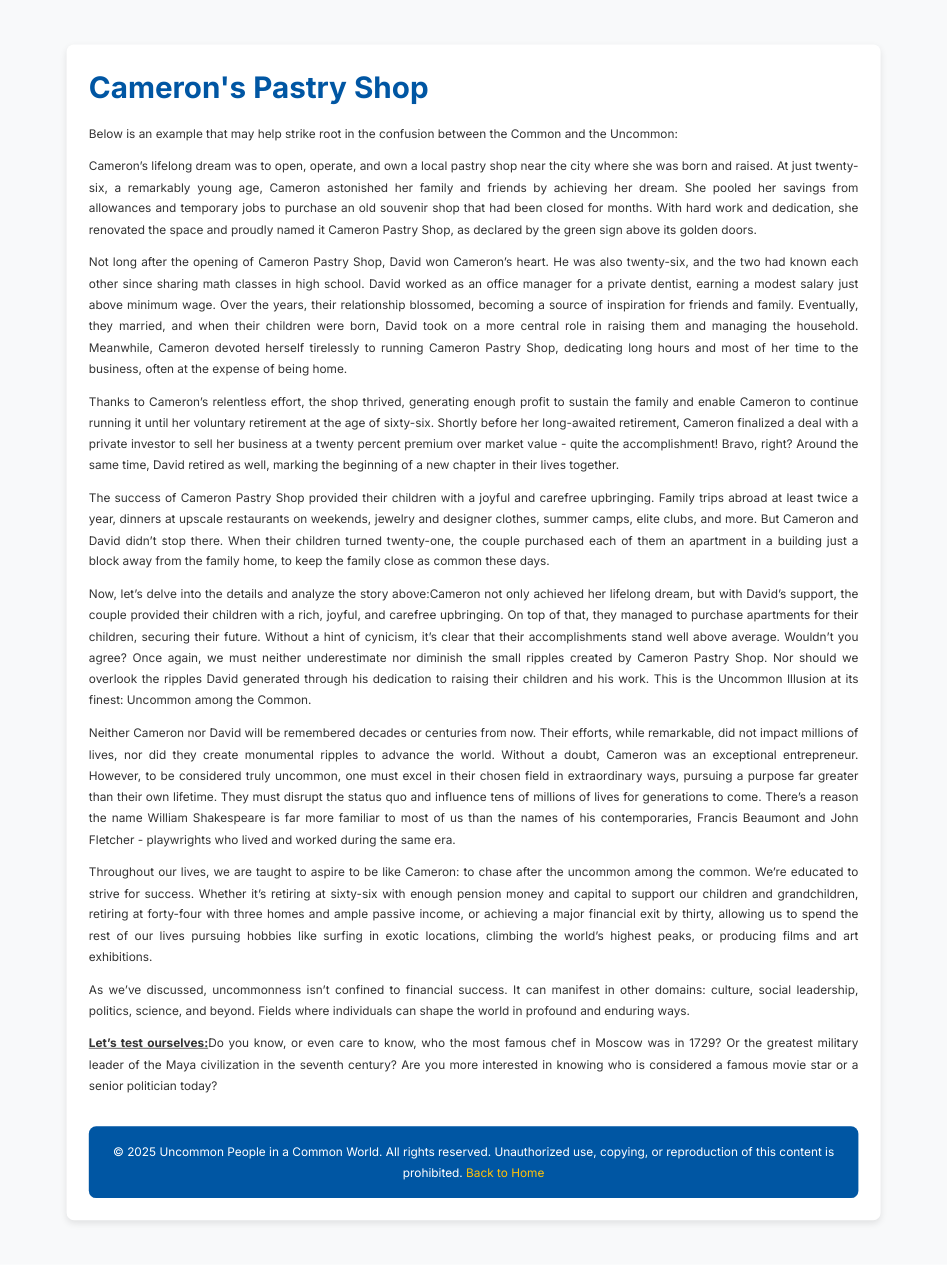
Repository: AvivGranot/Uncommon-Website
Page: post3.html
These files come from the project's save history. The page is drawn as it stood at one moment and after the next save; the edit follows.
The browser window is 1280 px wide. The pictures show the whole page, at 74% of full size.

Above is the page before, as saved 2025-01-09 09:42:05.

### post3.html
<!DOCTYPE html>
<html lang="en">
<head>
    <meta charset="UTF-8">
    <meta name="viewport" content="width=device-width, initial-scale=1.0">
    <title>Camron's Pastry Shop?</title>
    <link href="https://fonts.googleapis.com/css2?family=Inter:wght@400;700&display=swap" rel="stylesheet">
    <style>
        * {
            margin: 0;
            padding: 0;
            box-sizing: border-box;
        }

        body {
            font-family: 'Inter', sans-serif;
            background-color: #f8f9fa;
            color: #333;
            line-height: 1.8;
            padding: 20px;
        }

        .container {
            max-width: 1100px;
            margin: 40px auto;
            padding: 30px;
            background-color: #fff;
            border-radius: 10px;
            box-shadow: 0 4px 10px rgba(0, 0, 0, 0.1);
        }

        h1 {
            font-size: 2.5rem;
            margin-bottom: 20px;
            line-height: 1.4;
            color: #0056a3;
        }

        p {
            font-size: 1rem;
            margin-bottom: 15px;
            text-align: justify;
        }

        b {
            font-weight: bold;
        }

        u {
            text-decoration: underline;
        }

        .image {
    width: 100%; /* Responsive width */
    max-height: 600px; /* Adjust maximum height as needed */
    object-fit: contain; /* Maintains aspect ratio and avoids distortion */
    border-radius: 10px;
    margin: 15px 0;
}


        .footnote {
            font-size: 0.8rem;
            color: #666;
            margin-top: 10px;
        }

        footer {
            text-align: center;
            margin-top: 40px;
            padding: 20px;
            background-color: #0056a3;
            color: white;
            border-radius: 10px;
        }

        footer a {
            color: #ffc107;
            text-decoration: none;
        }

        footer a:hover {
            text-decoration: underline;
        }
    </style>
</head>
<body>
    <div class="container">
        <h1>Cameron's Pastry Shop</h1>
        <p>Below is an example that may help strike root in the confusion between the Common and the Uncommon:</p>
        <p>Cameron’s lifelong dream was to open, operate, and own a local pastry shop near the city where she was born and raised. At just twenty-six, a remarkably young age, Cameron astonished her family and friends by achieving her dream. She pooled her savings from allowances and temporary jobs to purchase an old souvenir shop that had been closed for months. With hard work and dedication, she renovated the space and proudly named it Cameron Pastry Shop, as declared by the green sign above its golden doors.</p>
        <p>Not long after the opening of Cameron Pastry Shop, David won Cameron’s heart. He was also twenty-six, and the two had known each other since sharing math classes in high school. David worked as an office manager for a private dentist, earning a modest salary just above minimum wage. Over the years, their relationship blossomed, becoming a source of inspiration for friends and family. Eventually, they married, and when their children were born, David took on a more central role in raising them and managing the household. Meanwhile, Cameron devoted herself tirelessly to running Cameron Pastry Shop, dedicating long hours and most of her time to the business, often at the expense of being home.</p>
        <p>Thanks to Cameron’s relentless effort, the shop thrived, generating enough profit to sustain the family and enable Cameron to continue running it until her voluntary retirement at the age of sixty-six. Shortly before her long-awaited retirement, Cameron finalized a deal with a private investor to sell her business at a twenty percent premium over market value - quite the accomplishment! Bravo, right? Around the same time, David retired as well, marking the beginning of a new chapter in their lives together.</p>
        <p>The success of Cameron Pastry Shop provided their children with a joyful and carefree upbringing. Family trips abroad at least twice a year, dinners at upscale restaurants on weekends, jewelry and designer clothes, summer camps, elite clubs, and more. But Cameron and David didn’t stop there. When their children turned twenty-one, the couple purchased each of them an apartment in a building just a block away from the family home, to keep the family close as common these days.</p>
        <p>Now, let’s delve into the details and analyze the story above:Cameron not only achieved her lifelong dream, but with David’s support, the couple provided their children with a rich, joyful, and carefree upbringing. On top of that, they managed to purchase apartments for their children, securing their future. Without a hint of cynicism, it’s clear that their accomplishments stand well above average. Wouldn’t you agree? Once again, we must neither underestimate nor diminish the small ripples created by Cameron Pastry Shop. Nor should we overlook the ripples David generated through his dedication to raising their children and his work. This is the Uncommon Illusion at its finest: Uncommon among the Common.</p>
        <p>Neither Cameron nor David will be remembered decades or centuries from now. Their efforts, while remarkable, did not impact millions of lives, nor did they create monumental ripples to advance the world. Without a doubt, Cameron was an exceptional entrepreneur. However, to be considered truly uncommon, one must excel in their chosen field in extraordinary ways, pursuing a purpose far greater than their own lifetime. They must disrupt the status quo and influence tens of millions of lives for generations to come. There’s a reason the name William Shakespeare is far more familiar to most of us than the names of his contemporaries, Francis Beaumont and John Fletcher - playwrights who lived and worked during the same era.</p>
        <p>Throughout our lives, we are taught to aspire to be like Cameron: to chase after the uncommon among the common. We’re educated to strive for success. Whether it’s retiring at sixty-six with enough pension money and capital to support our children and grandchildren, retiring at forty-four with three homes and ample passive income, or achieving a major financial exit by thirty, allowing us to spend the rest of our lives pursuing hobbies like surfing in exotic locations, climbing the world’s highest peaks, or producing films and art exhibitions.</p>
        <p>As we’ve discussed, uncommonness isn’t confined to financial success. It can manifest in other domains: culture, social leadership, politics, science, and beyond. Fields where individuals can shape the world in profound and enduring ways.</p>
        <p><b><u>Let’s test ourselves:</u></b>Do you know, or even care to know, who the most famous chef in Moscow was in 1729? Or the greatest military leader of the Maya civilization in the seventh century? Are you more interested in knowing who is considered a famous movie star or a senior politician today?</p>

        <footer>
            &copy; 2025 Uncommon People in a Common World. All rights reserved. Unauthorized use, copying, or reproduction of this content is prohibited. <a href="index.html">Back to Home</a>
        </footer>
    </div>
</body>
</html>

After the next save:
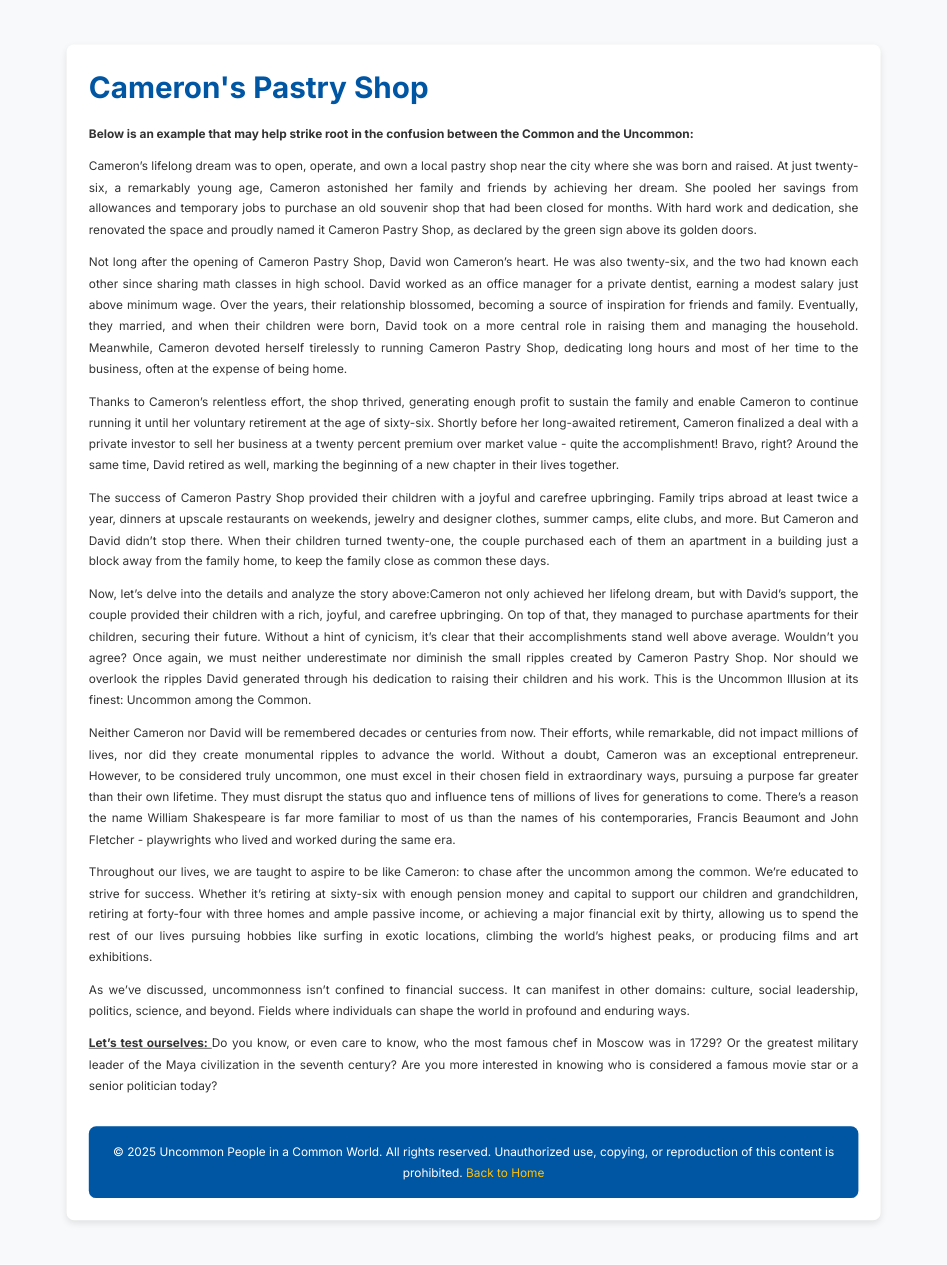
Saved 57 s later.
--- a/post3.html
+++ b/post3.html
@@ -87,7 +87,7 @@
 <body>
     <div class="container">
         <h1>Cameron's Pastry Shop</h1>
-        <p>Below is an example that may help strike root in the confusion between the Common and the Uncommon:</p>
+        <p><b>Below is an example that may help strike root in the confusion between the Common and the Uncommon:</b></p>
         <p>Cameron’s lifelong dream was to open, operate, and own a local pastry shop near the city where she was born and raised. At just twenty-six, a remarkably young age, Cameron astonished her family and friends by achieving her dream. She pooled her savings from allowances and temporary jobs to purchase an old souvenir shop that had been closed for months. With hard work and dedication, she renovated the space and proudly named it Cameron Pastry Shop, as declared by the green sign above its golden doors.</p>
         <p>Not long after the opening of Cameron Pastry Shop, David won Cameron’s heart. He was also twenty-six, and the two had known each other since sharing math classes in high school. David worked as an office manager for a private dentist, earning a modest salary just above minimum wage. Over the years, their relationship blossomed, becoming a source of inspiration for friends and family. Eventually, they married, and when their children were born, David took on a more central role in raising them and managing the household. Meanwhile, Cameron devoted herself tirelessly to running Cameron Pastry Shop, dedicating long hours and most of her time to the business, often at the expense of being home.</p>
         <p>Thanks to Cameron’s relentless effort, the shop thrived, generating enough profit to sustain the family and enable Cameron to continue running it until her voluntary retirement at the age of sixty-six. Shortly before her long-awaited retirement, Cameron finalized a deal with a private investor to sell her business at a twenty percent premium over market value - quite the accomplishment! Bravo, right? Around the same time, David retired as well, marking the beginning of a new chapter in their lives together.</p>
@@ -96,7 +96,7 @@
         <p>Neither Cameron nor David will be remembered decades or centuries from now. Their efforts, while remarkable, did not impact millions of lives, nor did they create monumental ripples to advance the world. Without a doubt, Cameron was an exceptional entrepreneur. However, to be considered truly uncommon, one must excel in their chosen field in extraordinary ways, pursuing a purpose far greater than their own lifetime. They must disrupt the status quo and influence tens of millions of lives for generations to come. There’s a reason the name William Shakespeare is far more familiar to most of us than the names of his contemporaries, Francis Beaumont and John Fletcher - playwrights who lived and worked during the same era.</p>
         <p>Throughout our lives, we are taught to aspire to be like Cameron: to chase after the uncommon among the common. We’re educated to strive for success. Whether it’s retiring at sixty-six with enough pension money and capital to support our children and grandchildren, retiring at forty-four with three homes and ample passive income, or achieving a major financial exit by thirty, allowing us to spend the rest of our lives pursuing hobbies like surfing in exotic locations, climbing the world’s highest peaks, or producing films and art exhibitions.</p>
         <p>As we’ve discussed, uncommonness isn’t confined to financial success. It can manifest in other domains: culture, social leadership, politics, science, and beyond. Fields where individuals can shape the world in profound and enduring ways.</p>
-        <p><b><u>Let’s test ourselves:</u></b>Do you know, or even care to know, who the most famous chef in Moscow was in 1729? Or the greatest military leader of the Maya civilization in the seventh century? Are you more interested in knowing who is considered a famous movie star or a senior politician today?</p>
+        <p><b><u>Let’s test ourselves: </u></b>Do you know, or even care to know, who the most famous chef in Moscow was in 1729? Or the greatest military leader of the Maya civilization in the seventh century? Are you more interested in knowing who is considered a famous movie star or a senior politician today?</p>
 
         <footer>
             &copy; 2025 Uncommon People in a Common World. All rights reserved. Unauthorized use, copying, or reproduction of this content is prohibited. <a href="index.html">Back to Home</a>
